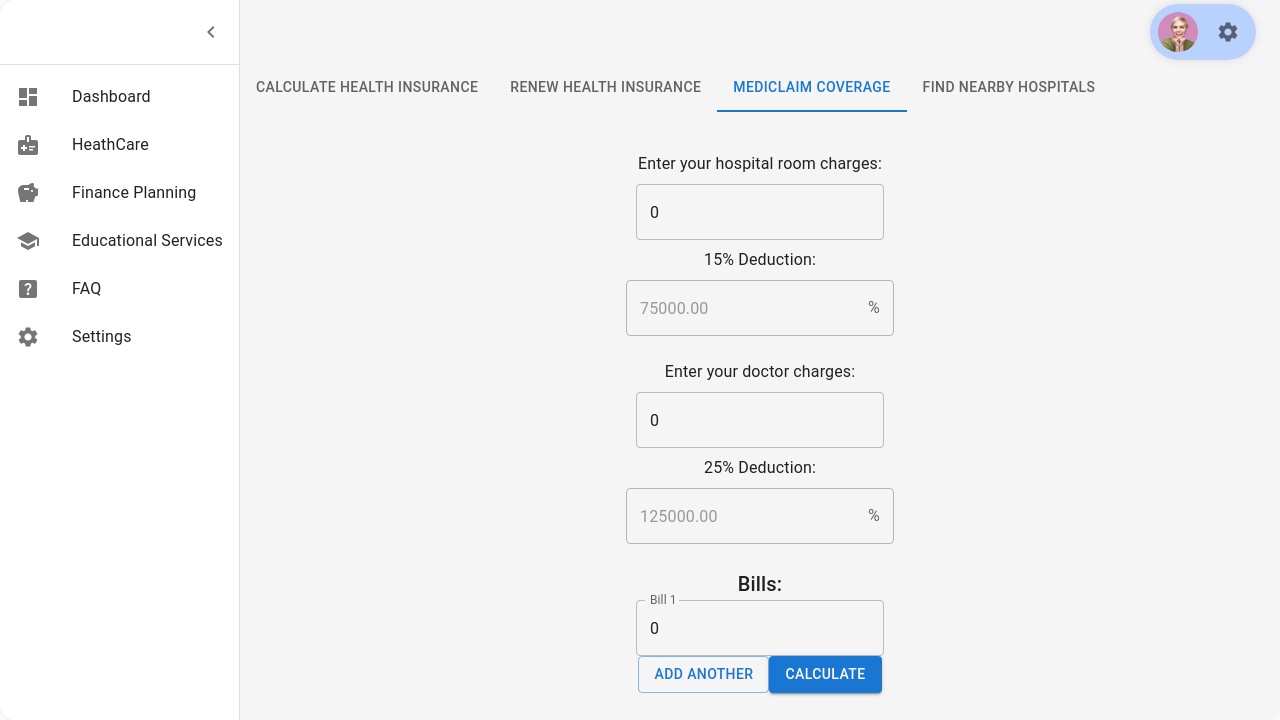
Repository: shubhampirate/TIAA_Retirement_hackathon
Page: /health, after clicking the first element matching `div.MuiTabs-flexContainer > :nth-child(3)`
These files come from the project's save history. The page is drawn as it stood at one moment and after the next save; the edit follows.
The browser window is 1280 px wide. The pictures show the whole page.
The project was rebuilt for these pictures with package versions that can differ from the ones it lists, and the page was loaded fresh each time. Also part of the build but not shown: src/Components/CustomButton.jsx, src/Components/Navbar.jsx, src/Components/Properties.jsx, src/Components/Footer.jsx, src/Components/Hero.jsx, src/pages/Sign_In.jsx, src/Components/GaugeChart.jsx, src/Components/Deposits.jsx and 5 more.

Above is the page before, as saved 2023-11-18 18:05:11.

### src/index.css
@import url("https://fonts.googleapis.com/css2?family=Poppins:wght@400;500;700&display=swap");

* {
  margin: 0;
  padding: 0;
  box-sizing: border-box;
  font-family: "Poppins", sans-serif;
}

body {
  margin: 0;
  -webkit-font-smoothing: antialiased;
  -moz-osx-font-smoothing: grayscale;
}

code {
  font-family: source-code-pro, Menlo, Monaco, Consolas, "Courier New",
    monospace;
}

### src/App.jsx
import Hero from "./Components/Hero";
import SignIn from "./pages/Sign_In";
import Dashboard from "./Components/Dashboard";
import Health from "./Components/Health";
import Settings from "./Components/Settings";
import Questions from "./Components/Questions";
import { Route, Routes } from "react-router-dom";
function App() {
  return (
    <>
      <Routes>
        <Route path="/SignIn" element={<><SignIn /></>} />
        <Route path="/dashboard" element={<><Dashboard /></>} />
        <Route path="/health" element={<><Health /></>} />
        <Route path="/settings" element={<><Settings /></>} />
        <Route path="/questions" element={<><Questions /></>} />
        <Route path="/" element={<><Hero /></>} />
      </Routes>

    </>
  );
}

export default App;

### src/Components/Health.jsx
// import * as React from 'react';
import React, { useState } from 'react';
import { styled, createTheme, ThemeProvider } from '@mui/material/styles';
// import { styled, createTheme, ThemeProvider } from '@mui/material/styles';
import CssBaseline from '@mui/material/CssBaseline';
import MuiDrawer from '@mui/material/Drawer';
import Box from '@mui/material/Box';
import MuiAppBar from '@mui/material/AppBar';
import Toolbar from '@mui/material/Toolbar';
import List from '@mui/material/List';
import Typography from '@mui/material/Typography';
import Divider from '@mui/material/Divider';
import IconButton from '@mui/material/IconButton';
import Container from '@mui/material/Container';
import Grid from '@mui/material/Grid';
import Paper from '@mui/material/Paper';
import MenuIcon from '@mui/icons-material/Menu';
import ChevronLeftIcon from '@mui/icons-material/ChevronLeft';
import SettingsIcon from '@mui/icons-material/Settings';
import { mainListItems } from './listItems';
import heroImg_4 from "../media/img_4.jpeg";
import LinearProgress from '@mui/material/LinearProgress';
import HelpOutlineIcon from '@mui/icons-material/HelpOutline';
import { Accordion, AccordionSummary, AccordionDetails } from '@mui/material';
import ExpandMoreIcon from '@mui/icons-material/ExpandMore';
import Tabs from '@mui/material/Tabs';
import Tab from '@mui/material/Tab';
import InputBase from '@mui/material/InputBase';
import SearchIcon from '@mui/icons-material/Search';
import useMediaQuery from '@mui/material/useMediaQuery';
import TextField from '@mui/material/TextField';
import Button from '@mui/material/Button';
import InputAdornment from '@mui/material/InputAdornment';
const healthTopics = [
    {
      label: 'Calculate Health Insurance',
      content: 'Content for calculating health insurance...',
    },
    {
      label: 'Renew Health Insurance',
      content: 'Content for renewing health insurance...',
    },
    {
      label: 'Mediclaim Coverage',
      content: 'Content for determining mediclaim coverage...',
    },
    {
      label: 'Find Nearby Hospitals',
      content: 'Content for finding nearby hospitals...',
    },
  ];

  const HealthTabContent = ({ label, content }) => (
    <Box sx={{ p: 3 }}>
      <Typography variant="h5" mb={2}>{label}</Typography>
      <Typography>{content}</Typography>
    </Box>
  );
  const CalculateMediclaimTabContent = ({ label, content }) => {
    const [roomCharges, setRoomCharges] = useState(0);
    const [doctorCharges, setDoctorCharges] = useState(0);
    const [bills, setBills] = useState([{ amount: 0 }]);

    const handleAddBill = () => {
      setBills([...bills, { amount: 0 }]);
    };

    const handleBillAmountChange = (index, amount) => {
      const updatedBills = [...bills];
      updatedBills[index].amount = amount;
      setBills(updatedBills);
    };
    const  healthinsurance = 500000;
    const roomChargesDeduction = (15 / 100) * healthinsurance;
      const doctorChargesDeduction = (25 / 100) * healthinsurance;
    const handleCalculate = () => {
      const roomChargesValue = parseFloat(roomCharges);
      const doctorChargesValue = parseFloat(doctorCharges);
      // const doctorChargesDeduction = (25 / 100) * healthinsurance;
    const  healthinsurance = 500000;
      // Calculate total amount from room and doctor charges
      const roomAndDoctorCharges = roomChargesValue + doctorChargesValue;

      // Calculate total bills
      const totalBills = bills.reduce((total, bill) => total + parseFloat(bill.amount), 0);


      // Calculate deductions for room charges (15%) and doctor charges (25%)
      const roomChargesDeduction = (15 / 100) * healthinsurance;
      const doctorChargesDeduction = (25 / 100) * healthinsurance;

      // Check if room charges exceed 15%
      const roomChargesExceed = roomCharges > roomChargesDeduction;
      // Check if doctor charges exceed 25%
      const doctorChargesExceed = doctorCharges > doctorChargesDeduction;

      // Calculate surplus amounts for room charges and doctor charges
      const roomChargesSurplus = roomChargesExceed ? roomCharges - roomChargesDeduction : 0;
      const doctorChargesSurplus = doctorChargesExceed ? doctorCharges - doctorChargesDeduction : 0;

      // Deduct surplus amounts from the total bills
      const finalAmount = totalBills - roomChargesSurplus - doctorChargesSurplus;

      // You can use the calculated values as needed, such as displaying them or further processing.
      console.log("Total Room and Doctor Charges:", roomAndDoctorCharges);
      console.log("Total Bills:", totalBills);
      console.log("Room Charges Surplus Deduction:", roomChargesSurplus);
      console.log("Doctor Charges Surplus Deduction:", doctorChargesSurplus);
      console.log("Final Amount after Deductions:", finalAmount);
    };

    return (
      <Box sx={{ p: 3, textAlign: 'center' }}>
      <Typography variant="h5" mb={2}>{label}</Typography>

      {/* Hospital room charges */}
      <Typography mb={1}>Enter your hospital room charges:</Typography>
      <TextField
        type="number"
        value={roomCharges}
        onChange={(e) => setRoomCharges(e.target.value)}
      />
      <Typography mb={1} mt={1}>15% Deduction:</Typography>
      <TextField
        disabled
        value={(roomChargesDeduction).toFixed(2)}
        InputProps={{
          endAdornment: <InputAdornment position="end">%</InputAdornment>,
        }}
      />

      {/* Doctor charges */}
      <Typography mb={1} mt={3}>Enter your doctor charges:</Typography>
      <TextField
        type="number"
        value={doctorCharges}
        onChange={(e) => setDoctorCharges(e.target.value)}
      />
      <Typography mb={1} mt={1}>25% Deduction:</Typography>
      <TextField
        disabled
        value={(doctorChargesDeduction).toFixed(2)}
        InputProps={{
          endAdornment: <InputAdornment position="end">%</InputAdornment>,
        }}
      />

      {/* Bills */}
      <Typography variant="h6" mt={3}>Bills:</Typography>
      {bills.map((bill, index) => (
        <div key={index} mt={1}>
          <TextField
            label={`Bill ${index + 1}`}
            type="number"
            value={bill.amount}
            onChange={(e) => handleBillAmountChange(index, e.target.value)}
          />
        </div>
      ))}
      <Button variant="outlined" mt={2} onClick={handleAddBill}>Add Another</Button>

      <Button variant="contained" mt={3} onClick={handleCalculate}>Calculate</Button>
    </Box>
    );
  };
const Title = styled(Typography)(({ theme }) => ({
    fontSize: "25px",
    color: "#042A57",
    fontWeight: "bold",
    textAlign: "left",
    margin: theme.spacing(4, 0, 4, 0),
    [theme.breakpoints.down("sm")]: {
      fontSize: "30px",
    },
  }));
const drawerWidth = 240;

const AppBar = styled(MuiAppBar, {
  shouldForwardProp: (prop) => prop !== 'open',
})(({ theme, open }) => ({
  zIndex: theme.zIndex.drawer + 1,
  transition: theme.transitions.create(['width', 'margin'], {
    easing: theme.transitions.easing.sharp,
    duration: theme.transitions.duration.leavingScreen,
  }),
  ...(open && {
    marginLeft: drawerWidth,
    width: `calc(100% - ${drawerWidth}px)`,
    transition: theme.transitions.create(['width', 'margin'], {
      easing: theme.transitions.easing.sharp,
      duration: theme.transitions.duration.enteringScreen,
    }),
  }),
}));


const ProgressBarBox = ({ title, value }) => {
    let indicatorText = '';
    let color = '';

    if (value <= 30) {
      indicatorText = 'Less';
      color = '#BDFF7B';
    } else if (value <= 70) {
      indicatorText = 'Nearby Full';
      color = '#FFE779';
    } else {
      indicatorText = 'Completely Full';
      color = '#FC8965';
    }

    return (
      <Grid item xs={12} sm={6} md={4}>
        <Paper
          sx={{
            p: 2,
            display: 'flex',
            flexDirection: 'column',
            alignItems: 'center',
            borderRadius: '16px',
          }}
        >
          <Typography variant="h6" sx={{ mb: 1, color: "#0066FF" }}>
            {title}
          </Typography>
          <LinearProgress
          variant="determinate"
          value={value}
          sx={{
            width: '100%',
            height: '12px',
            borderRadius: '8px',
            backgroundColor: '#f0f0f0',
            marginBottom: '8px',
            '& .MuiLinearProgress-bar': {
              backgroundColor: color,
            },
          }}
        />

          <Box
          sx={{
            display: 'flex',
            justifyContent: 'space-between',
            width: '100%',

          }}
        >
          <Typography variant="body2">{indicatorText}</Typography>
          <Typography variant="body2">{value}%</Typography>
        </Box>
        </Paper>
      </Grid>
    );
  };
const Drawer = styled(MuiDrawer, { shouldForwardProp: (prop) => prop !== 'open' })(
  ({ theme, open }) => ({
    '& .MuiDrawer-paper': {
      position: 'relative',
      whiteSpace: 'nowrap',
      width: drawerWidth,
      transition: theme.transitions.create('width', {
        easing: theme.transitions.easing.sharp,
        duration: theme.transitions.duration.enteringScreen,
      }),
      boxSizing: 'border-box',
      ...(!open && {
        overflowX: 'hidden',
        transition: theme.transitions.create('width', {
          easing: theme.transitions.easing.sharp,
          duration: theme.transitions.duration.leavingScreen,
        }),
        width: theme.spacing(7),
        [theme.breakpoints.up('sm')]: {
          width: theme.spacing(9),
        },
      }),
    },
  }),
);

// TODO remove, this demo shouldn't need to reset the theme.
const defaultTheme = createTheme();

export default function Health() {

    const [open, setOpen] = React.useState(true);
    const [selectedTabIndex, setSelectedTabIndex] = useState(0);
    const isSmallScreen = useMediaQuery('(max-width:600px)');
  const toggleDrawer = () => {
    setOpen(!open);
  };
  const handleTabChange = (event, newValue) => {
    setSelectedTabIndex(newValue);
  };


  return (
    <ThemeProvider theme={defaultTheme}>
      <Box sx={{ display: 'flex', borderRadius: '16px', overflow: 'hidden', boxShadow: '0px 0px 10px rgba(0, 0, 0, 0.1)' }} >
        <CssBaseline />

<AppBar position="absolute" open={open} sx={{ backgroundColor: "whitesmoke", boxShadow: 'none' }}>
  <Toolbar
    sx={{
      pr: '24px', // keep right padding when drawer closed
      display: 'flex',
      alignItems: 'center',
      justifyContent: 'space-between',
    }}
  >
    <Box sx={{ display: 'flex', alignItems: 'center' }}>
      <IconButton
        edge="start"
        aria-label="open drawer"
        onClick={toggleDrawer}
        sx={{
          marginRight: '36px',
          ...(open && { display: 'none' }),
          backgroundColor: "#fff"
        }}
      >
        <MenuIcon  />
      </IconButton>

      {/* Search tab */}
      {/* <Box sx={{ display: 'flex', alignItems: 'center', backgroundColor: 'white', borderRadius: '4px', padding: '4px' }}>
        <IconButton>
          <SearchIcon />
        </IconButton>
        <InputBase
          placeholder="Search..."
          sx={{ ml: 1 }}
        />
      </Box> */}

    </Box>

    <Box sx={{ display: 'flex', alignItems: 'center', backgroundColor: '#B9D2FD', boxShadow: '0px 0px 10px rgba(0, 0, 0, 0.1)', borderRadius: '40px', padding: '8px' }}>
      {/* User profile image */}
      <img
        src={heroImg_4}
        alt="User Profile"
        style={{ borderRadius: '50%', width: '40px', height: '40px', marginRight: '10px' }}
      />

      {/* Settings button */}
      <IconButton>
        <SettingsIcon />
      </IconButton>
    </Box>
  </Toolbar>
</AppBar>

        <Drawer variant="permanent" open={open}>
          <Toolbar
            sx={{
              display: 'flex',
              alignItems: 'center',
              justifyContent: 'flex-end',
              px: [1],
            }}
          >
            <IconButton onClick={toggleDrawer}>
              <ChevronLeftIcon />
            </IconButton>
          </Toolbar>
          <Divider />
          <List component="nav">
            {mainListItems}
            {/* <Divider sx={{ my: 1 }} /> */}
            {/* {secondaryListItems} */}
          </List>
        </Drawer>
        <Box
          component="main"
          sx={{
            backgroundColor: (theme) =>
              theme.palette.mode === 'light'
                ? theme.palette.grey[100]
                : theme.palette.grey[900],
            flexGrow: 1,
            height: '100vh',
            overflow: 'auto',

          }}
        >
          <Toolbar />
          {/* </Container> */}


          {/* Start Here */}
          {/* {isSmallScreen ? (
            <Tabs value={selectedTabIndex} onChange={handleTabChange} centered>
              {healthTopics.map((topic, index) => (
                <Tab key={index} label={topic.label} />
              ))}
            </Tabs>
          ) : (
            <Tabs value={selectedTabIndex} onChange={handleTabChange} variant="scrollable" scrollButtons="auto">
              {healthTopics.map((topic, index) => (
                <Tab key={index} label={topic.label} />
              ))}
            </Tabs>
          )}

          // {/* Health-related content based on the selected tab */}
          {/* // {healthTopics.map((topic, index) => ( */}
          {/* //   selectedTabIndex === index && ( */}
          {/* //     <HealthTabContent key={index} label={topic.label} content={topic.content} /> */}
          {/* //   ) */}
          {/* // ))} */}
                    {isSmallScreen ? (
            <Tabs value={selectedTabIndex} onChange={handleTabChange} centered>
              {healthTopics.map((topic, index) => (
                <Tab key={index} label={topic.label} />
              ))}
            </Tabs>
          ) : (
            <Tabs value={selectedTabIndex} onChange={handleTabChange} variant="scrollable" scrollButtons="auto">
              {healthTopics.map((topic, index) => (
                <Tab key={index} label={topic.label} />
              ))}
            </Tabs>
          )}
          {/* Health-related content based on the selected tab */}
          {healthTopics.map((topic, index) => (
            selectedTabIndex === index && (
              topic.label === 'Mediclaim Coverage' ? (
                <CalculateMediclaimTabContent key={index} />
              ) : (
                <HealthTabContent key={index} label={topic.label} content={topic.content} />
              )
            )
          ))}

        </Box>
        </Box>
      {/* </Box> */}
    </ThemeProvider>
  );
}

### src/Components/listItems.jsx
import * as React from 'react';
import ListItemButton from '@mui/material/ListItemButton';
import ListItemIcon from '@mui/material/ListItemIcon';
import ListItemText from '@mui/material/ListItemText';
import DashboardIcon from '@mui/icons-material/Dashboard';
import MedicalInformationIcon from '@mui/icons-material/MedicalInformation';
import SavingsIcon from '@mui/icons-material/Savings';
import SchoolIcon from '@mui/icons-material/School';
import HelpCenterIcon from '@mui/icons-material/HelpCenter';
import SettingsIcon from '@mui/icons-material/Settings';


export const mainListItems = (
  <React.Fragment>
    <ListItemButton>
      <ListItemIcon>
        <DashboardIcon />
      </ListItemIcon>
      <ListItemText primary="Dashboard" />
    </ListItemButton>
    <ListItemButton>
      <ListItemIcon>
        <MedicalInformationIcon />
      </ListItemIcon>
      <ListItemText primary="HeathCare" />
    </ListItemButton>
    <ListItemButton>
      <ListItemIcon>
        <SavingsIcon />
      </ListItemIcon>
      <ListItemText primary="Finance Planning" />
    </ListItemButton>
    <ListItemButton>
      <ListItemIcon>
        <SchoolIcon />
      </ListItemIcon>
      <ListItemText primary="Educational Services" />
    </ListItemButton>
    <ListItemButton>
      <ListItemIcon>
        <HelpCenterIcon />
      </ListItemIcon>
      <ListItemText primary="FAQ" />
    </ListItemButton>
    <ListItemButton>
      <ListItemIcon>
        <SettingsIcon />
      </ListItemIcon>
      <ListItemText primary="Settings" />
    </ListItemButton>
  </React.Fragment>
);

// export const secondaryListItems = (
//   <React.Fragment>
//     <ListSubheader component="div" inset>
//       Saved reports
//     </ListSubheader>
//     <ListItemButton>
//       <ListItemIcon>
//         <AssignmentIcon />
//       </ListItemIcon>
//       <ListItemText primary="Current month" />
//     </ListItemButton>
//     <ListItemButton>
//       <ListItemIcon>
//         <AssignmentIcon />
//       </ListItemIcon>
//       <ListItemText primary="Last quarter" />
//     </ListItemButton>
//     <ListItemButton>
//       <ListItemIcon>
//         <AssignmentIcon />
//       </ListItemIcon>
//       <ListItemText primary="Year-end sale" />
//     </ListItemButton>
//   </React.Fragment>
// );

Loaded but not shown: public/index.html (common file); src/index.js (common file)

After the next save:
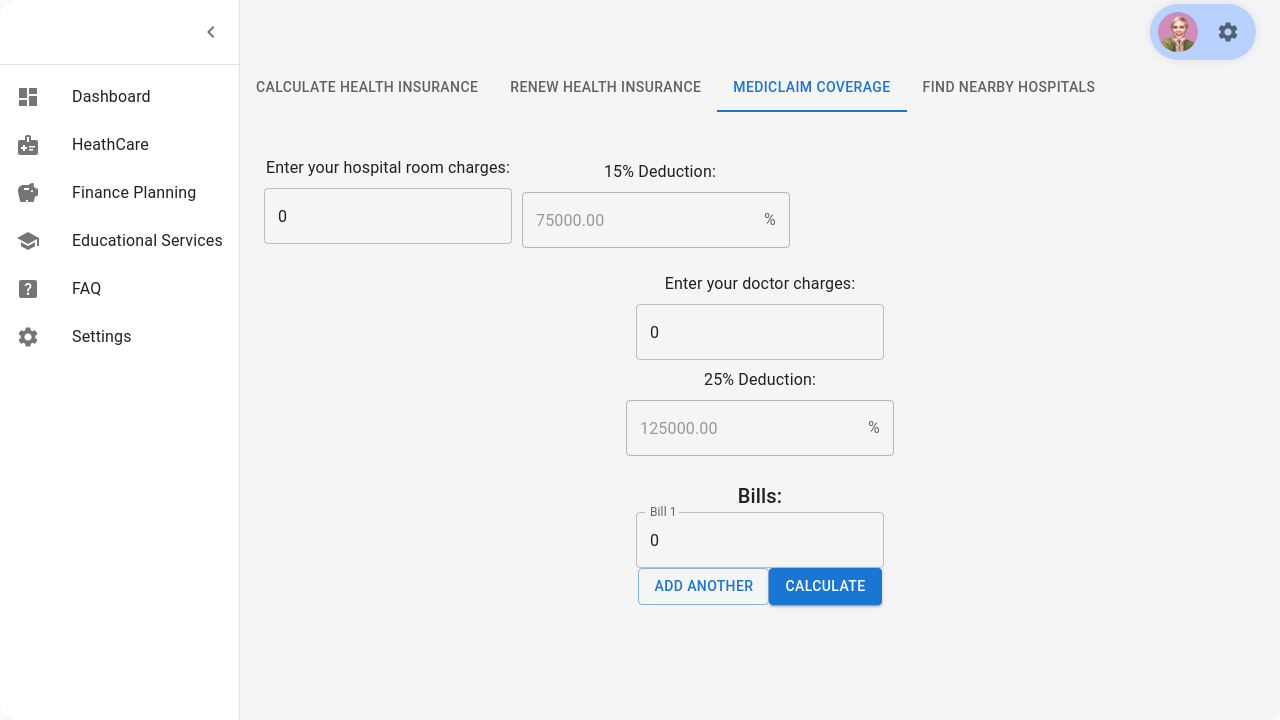
Saved 52 s later.
--- a/src/Components/Health.jsx
+++ b/src/Components/Health.jsx
@@ -114,13 +114,17 @@ const healthTopics = [
       <Typography variant="h5" mb={2}>{label}</Typography>
 
       {/* Hospital room charges */}
+      <div style={{ display: 'flex', alignItems: 'center', marginBottom: '10px' }}>
+    <div style={{ marginRight: '10px' }}>
       <Typography mb={1}>Enter your hospital room charges:</Typography>
       <TextField
         type="number"
         value={roomCharges}
         onChange={(e) => setRoomCharges(e.target.value)}
       />
-      <Typography mb={1} mt={1}>15% Deduction:</Typography>
+    </div>
+    <div>
+      <Typography mb={1} mt={1} ml={1}>15% Deduction:</Typography>
       <TextField
         disabled
         value={(roomChargesDeduction).toFixed(2)}
@@ -128,6 +132,8 @@ const healthTopics = [
           endAdornment: <InputAdornment position="end">%</InputAdornment>,
         }}
       />
+    </div>
+  </div>
 
       {/* Doctor charges */}
       <Typography mb={1} mt={3}>Enter your doctor charges:</Typography>
